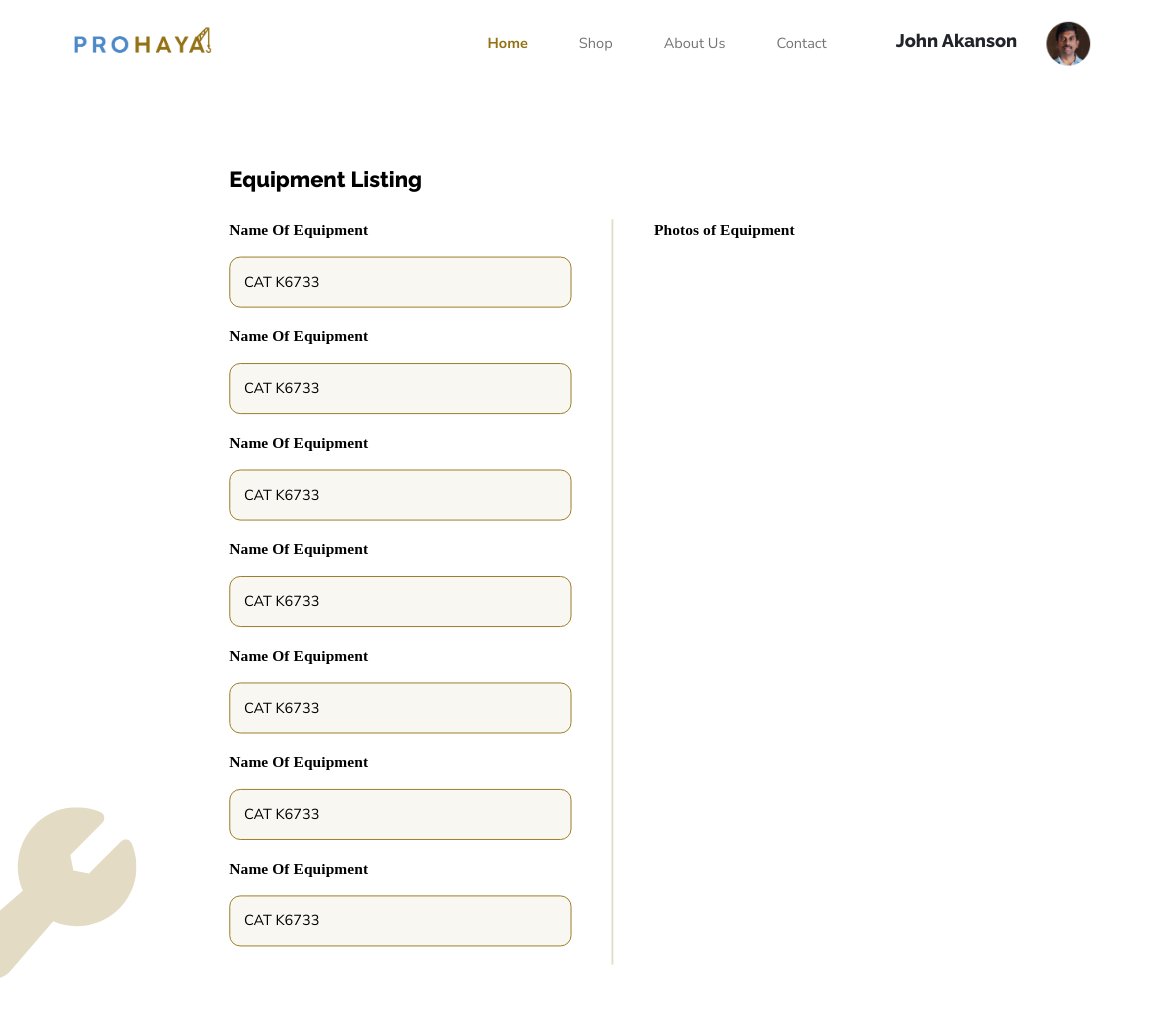
Repository: stormcelltech/Prohaya-UI
Page: Prohaya-UI/equipment_listing.html
The author's editor kept a copy of each file at every save. The page is drawn from the files as they stood at one save, then again after the next save.
The browser window is 1280 px wide. The pictures show the whole page, at 91% of full size.
Some web libraries are served in a nearby version.

Above is the page before, as saved 2022-04-14 02:36:23.
Console error: TypeError: $(...).owlCarousel is not a function

After the next save:
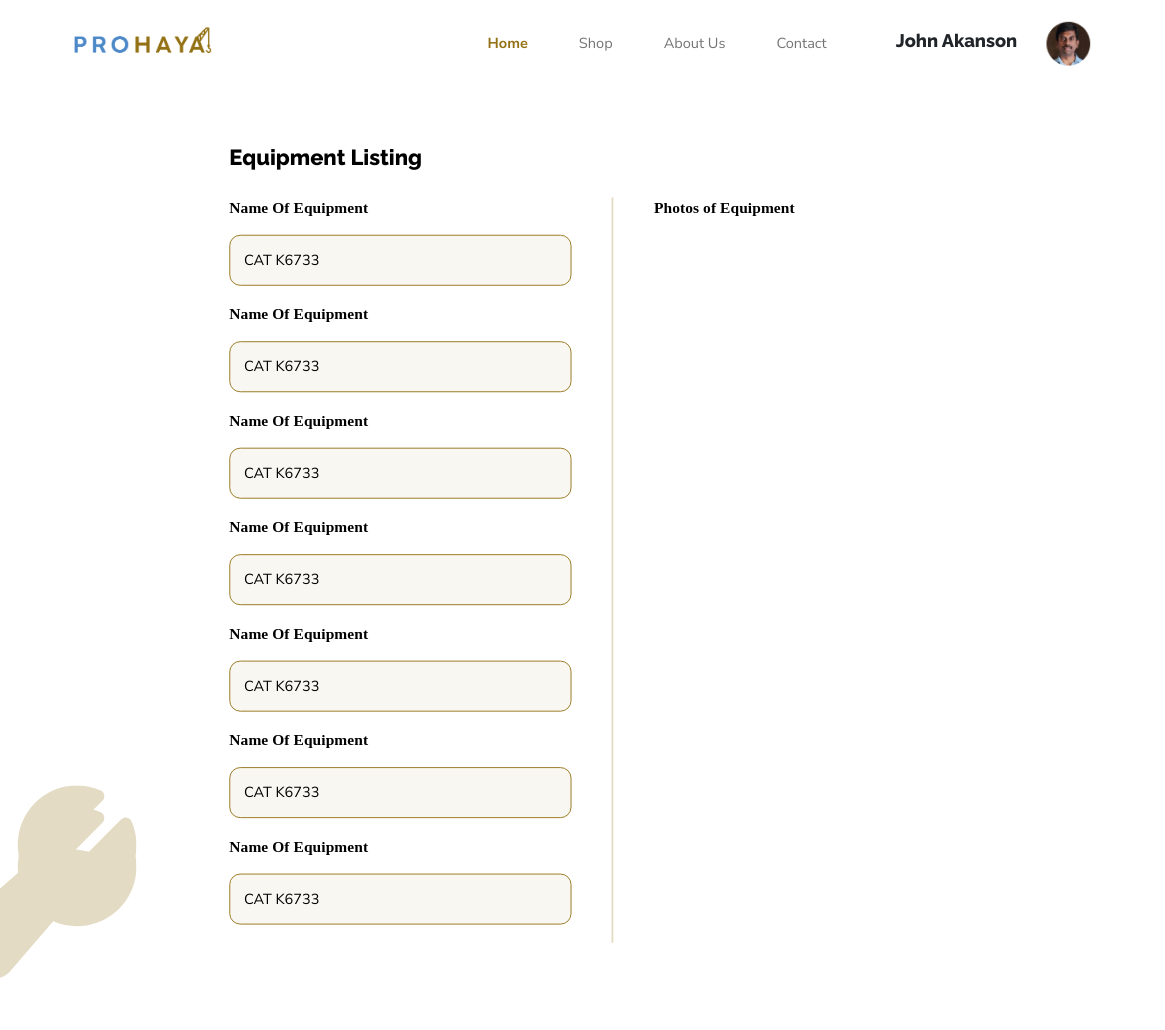
Saved 25 s later.
--- a/Prohaya-UI/equipment_listing.html
+++ b/Prohaya-UI/equipment_listing.html
@@ -56,11 +56,7 @@
     </nav>
 
 
-    <div class="container-fluid">
-        <div class="spanner-container">
-            <img src="./assets/img/header component/Vector.svg" class="" alt="">
-        </div>
-    </div>
+
     <header class="custom-listing-padding">
         <div class="container">
             <div class="row">
@@ -145,6 +141,11 @@
             </div>
         </div>
     </header>
+    <div class="container-fluid">
+        <div class="spanner-container">
+            <img src="./assets/img/header component/Vector.svg" class="" alt="">
+        </div>
+    </div>
     <div class="container-fluid">
         <div class="spanner-container">
             <img src="./assets/img/header component/Vector.svg" class="" alt="">
